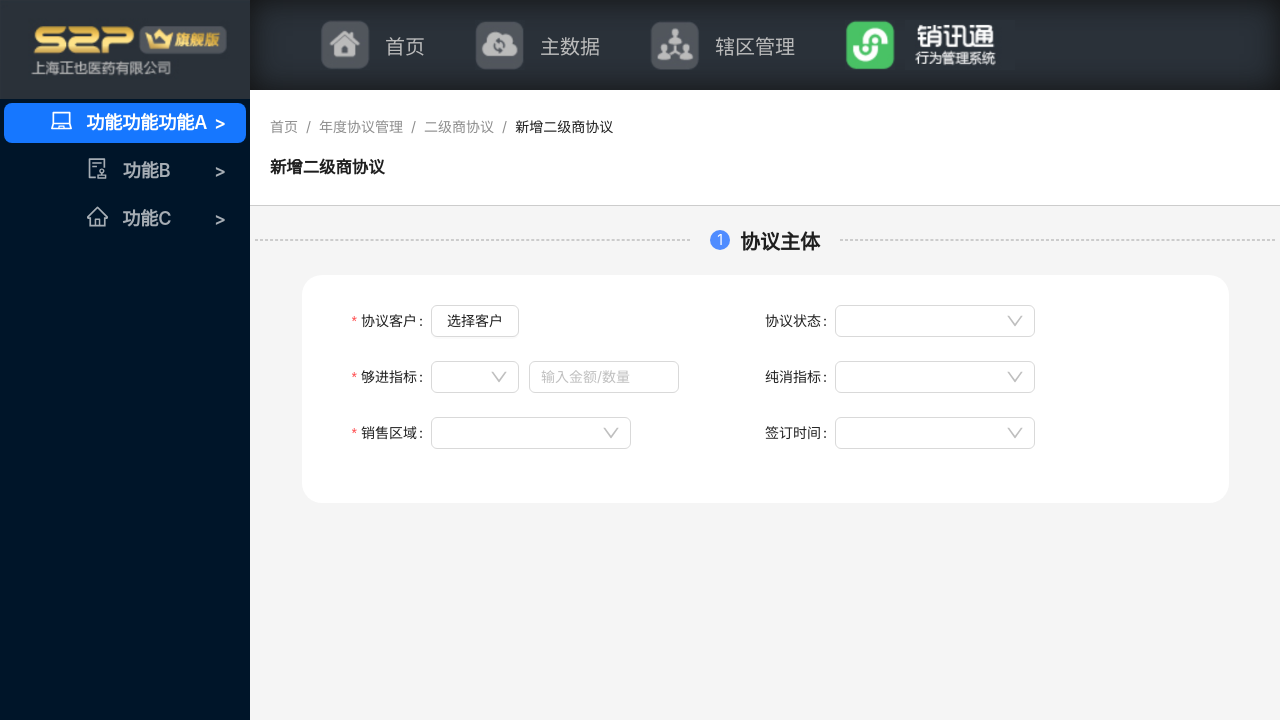
Repository: XiChips/questionB
Page: /
An editor plug-in stored every save of this project. The page is shown before and after the next save, followed by the edit.
The browser window is 1280 px wide. The pictures show the whole page.
The project was rebuilt for these pictures with package versions that can differ from the ones it lists, and the page was loaded fresh each time. Also part of the build but not shown: vue.config.js.

Above is the page before, as saved 2024-02-28 12:11:38.

After the next save:
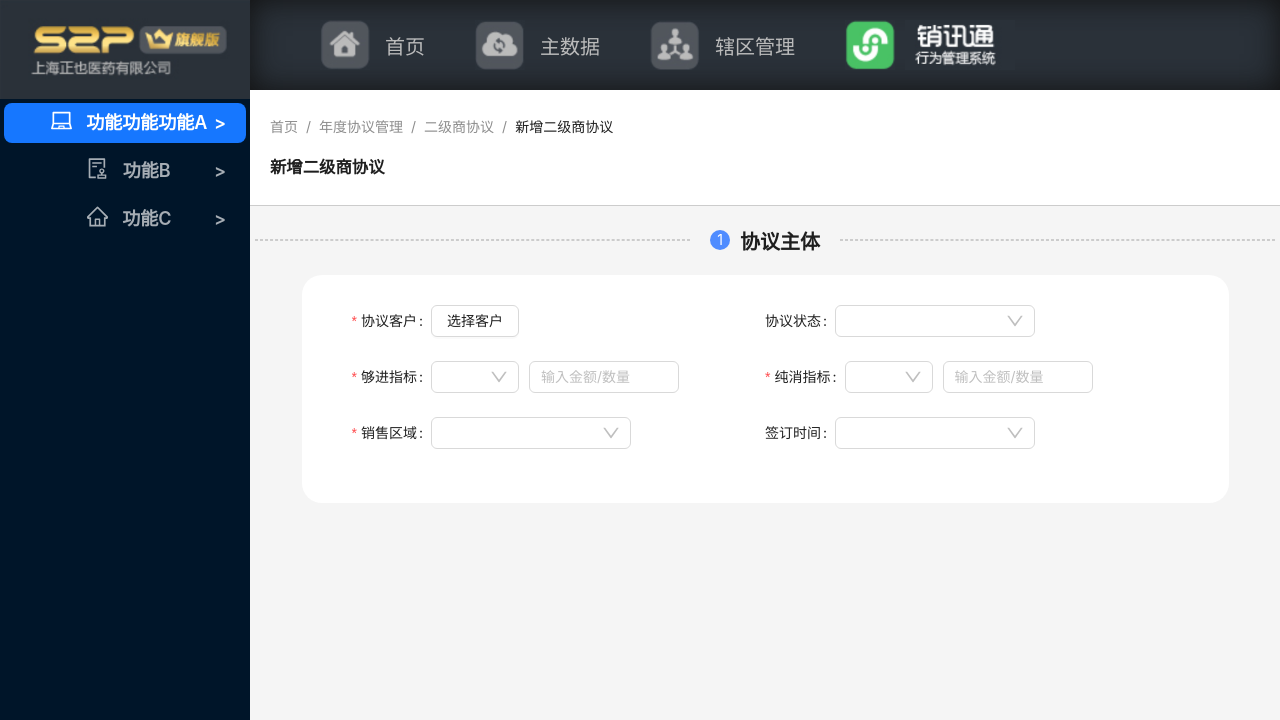
Saved 77 s later.
--- a/src/views/home.vue
+++ b/src/views/home.vue
@@ -67,8 +67,9 @@
                     <a-select v-model:value="inputs.value3" placeholder="" style="width: 88px" :options="options3" :filter-option="filterOption" @focus="handleFocus" @blur="handleBlur" @change="handleChange"></a-select>
                     <a-input v-model:value="inputs.value3" placeholder="输入金额/数量" style="width: 150px;margin-left: 10px;"></a-input>
                   </a-form-item>
-                  <a-form-item label="纯消指标">
-                    <a-select v-model:value="value" placeholder="" style="width: 200px" :options="options2" :filter-option="filterOption" @focus="handleFocus" @blur="handleBlur" @change="handleChange"></a-select>
+                   <a-form-item label="纯消指标" :rules="[{ required: true}]">
+                    <a-select v-model:value="inputs.value3" placeholder="" style="width: 88px" :options="options3" :filter-option="filterOption" @focus="handleFocus" @blur="handleBlur" @change="handleChange"></a-select>
+                    <a-input v-model:value="inputs.value3" placeholder="输入金额/数量" style="width: 150px;margin-left: 10px;"></a-input>
                   </a-form-item>
                 </div>
                 <div class="line2">
